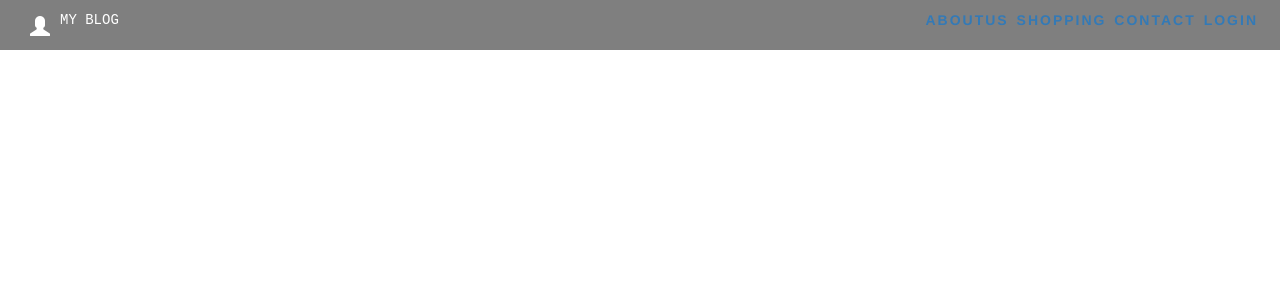
Repository: alikahwaji/HTML-CSS
Page: index.html
The author's editor kept a copy of each file at every save. The page is drawn from the files as they stood at one save, then again after the next save.
The browser window is 1280 px wide. The pictures show the whole page.

Above is the page before, as saved 2019-10-07 13:48:41.

### index.html
<!DOCTYPE html>
  <head>
    <meta charset="utf-8">
    <meta http-equiv="X-UA-Compatible" content="IE=edge">
    <title></title>
    <meta name="description" content="">
    <meta name="viewport" content="width=device-width, initial-scale=1">
    <link rel="stylesheet" href="https://maxcdn.bootstrapcdn.com/bootstrap/3.3.7/css/bootstrap.min.css">
    <link rel="stylesheet" href="./style.css">
  </head>
  <body>
    <header>
      <div>
        <i class="glyphicon glyphicon-user"></i>
        <p>MY BLOG</p>
      </div>
      <nav>
        <ul>
          <li><a href="#">Aboutus</a></li>
          <li><a href="#">Shopping</a></li>
          <li><a href="#">Contact</a></li>
          <li><a href="#">Login</a></li>
        </ul>
      </nav>
    </header>
    <script src="" async defer></script>
  </body>
</html>

### style.css
header{
  display: flex;
  justify-content: space-between;
  color: white;
  background: rgba(0, 0, 0, 0.5)
}

header div {
  display: flex;
  justify-content: space-between;
  align-items: center;
  font-family: 'Courier New', Courier, monospace;
  margin: 0 2rem;
}

header div i {
  font-size: 2rem;
  margin: 1rem;
}

header nav {
  padding: 1rem 2rem;
}

nav ul li {
  list-style: none;
  display: inline;
  text-transform: uppercase;
  font-weight: bold;
  letter-spacing: 2px;
  padding: 2px;
}

After the next save:
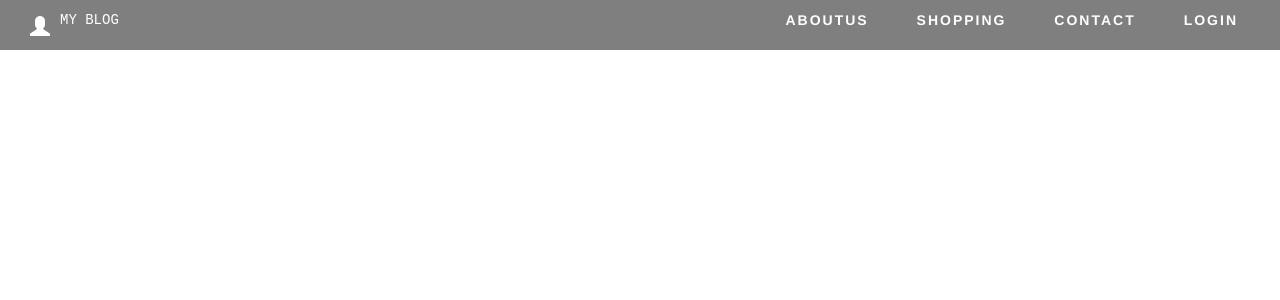
Saved 14 min 5 s later.
--- a/style.css
+++ b/style.css
@@ -30,3 +30,11 @@ nav ul li {
   letter-spacing: 2px;
   padding: 2px;
 }
+
+nav li a {
+  padding: 1rem;
+  margin: 1rem;
+  text-decoration: none;
+  color: white;
+  transition: all 250ms ease-in;
+}
